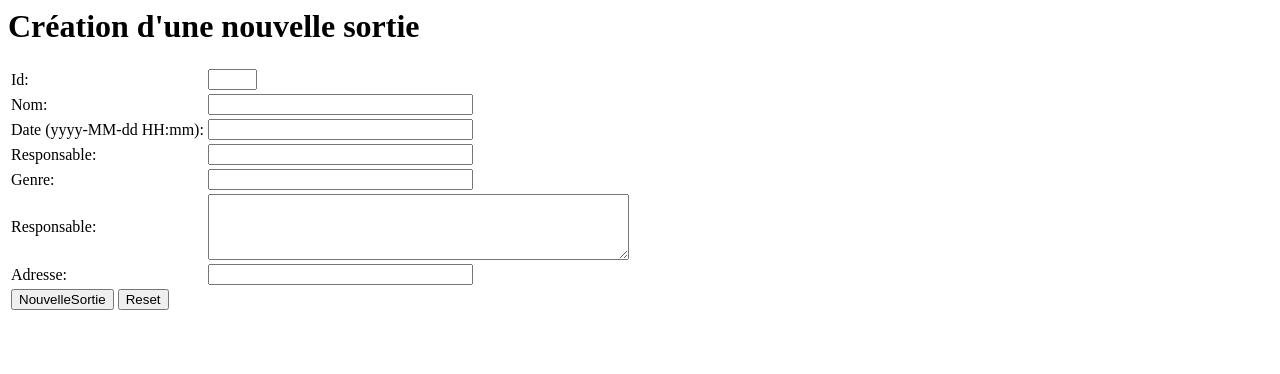
Repository: JulesThuillier/INF3710---TP4
Page: http://localhost/TP4/new.jsp
These files come from the project's save history. The page is drawn as it stood at one moment and after the next save; the edit follows.
The browser window is 1280 px wide. The pictures show the whole page.
The page is served by Tomcat 9.

Above is the page before, as saved 2015-11-21 00:05:51.

### TP4/TP4/WebContent/new.jsp
<%@ page import="java.util.*" %>
<html>
<head>
    <title>Création d'une nouvelle sortie</title>
</head>
<body>
    <h1>Création d'une nouvelle sortie</h1>
    <form name="sortie" action="sortie" method="post">
    <table>
        <tr>
            <td>Id:</td>
            <td><input type="text" name="id" size="3" maxlength="3"></td>
        </tr>
        <tr>
            <td>Nom:</td>
            <td><input type="text" name="nom" size="30" maxlength="80"></td>
        </tr>
        <tr>
            <td>Date (yyyy-MM-dd HH:mm):</td>
            <td><input type="text" name="date" size="30" maxlength="80"></td>
        </tr>
        <tr>
            <td>Responsable:</td>
            <td><input type="text" name="responsable" size="30" maxlength="80"></td>
        </tr>
        <tr>
            <td>Genre:</td>
            <td><input type="text" name="genre" size="30" maxlength="80"></td>
        </tr>
        <tr>
            <td>Responsable:</td>
            <td><textarea name="responsable" rows="4" cols="50"></textarea></td>
        </tr>
        <tr>
            <td>Adresse:</td>
            <td><input type="text" name="adresse" size="30" maxlength="80"></td>
        </tr>
        <tr>
            <td colspan="2">
				<input type="submit" value="NouvelleSortie" name="option">
				<input type="reset" value="Reset">
            </td>
        </tr>
    </table>
    </form>
</body>
</html>

After the next save:
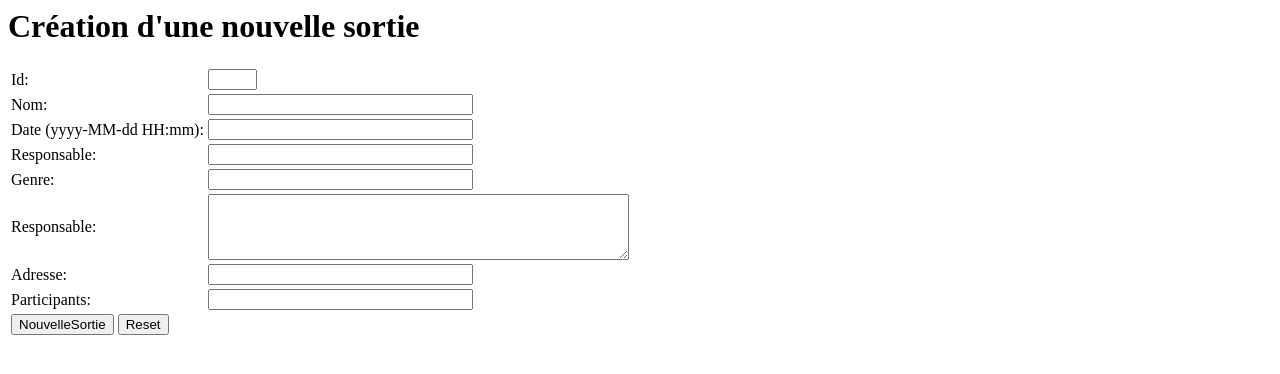
Saved 28 s later.
--- a/TP4/TP4/WebContent/new.jsp
+++ b/TP4/TP4/WebContent/new.jsp
@@ -36,6 +36,10 @@
             <td><input type="text" name="adresse" size="30" maxlength="80"></td>
         </tr>
         <tr>
+            <td>Participants:</td>
+            <td><input type="text" name="participantsMax" size="30" maxlength="2"></td>
+        </tr>
+        <tr>
             <td colspan="2">
 				<input type="submit" value="NouvelleSortie" name="option">
 				<input type="reset" value="Reset">
